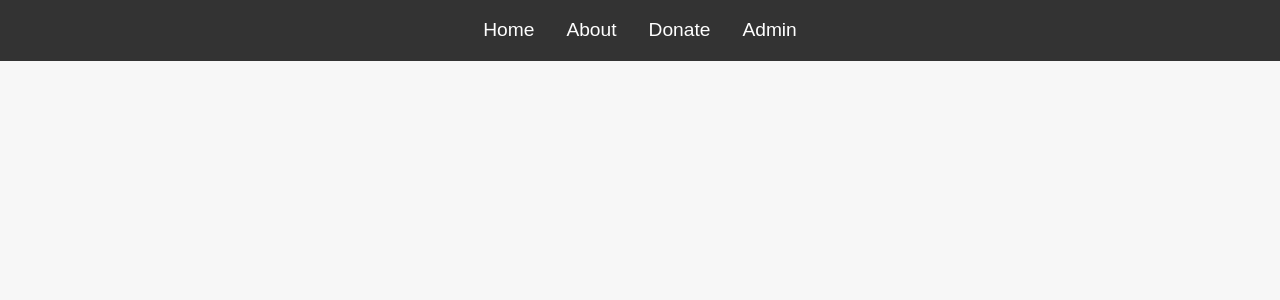
Repository: DragonFruit8/Fundraiser-Page
Page: /
These files come from the project's save history. The page is drawn as it stood at one moment and after a run of saves; the edit follows.
The browser window is 1280 px wide. The pictures show the whole page.
The project was rebuilt for these pictures with package versions that can differ from the ones it lists, and the page was loaded fresh each time. Also part of the build but not shown: src/pages/HomeContainer.js, src/pages/About.js, src/pages/Donate.js, src/pages/Admin.js.

Above is the page before, as saved 2024-07-19 13:00:00.

After the next 2 saves:
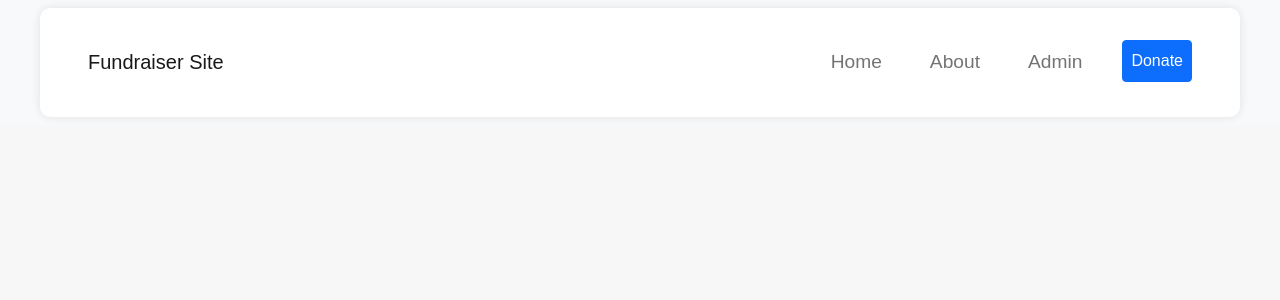
The 2 saves are shown as one change because they came seconds apart.
The last was saved 26 s later.
--- a/src/App.js
+++ b/src/App.js
@@ -5,17 +5,13 @@ import About from './pages/About';
 import Donate from './pages/Donate';
 import Admin from './pages/Admin';
 import GlobalStyle from './globalStyles';
+import Navbar from './components/Navbar';
 
 const App = () => {
   return (
     <Router>
       <GlobalStyle />
-      <nav>
-        <Link to="/">Home</Link>
-        <Link to="/about">About</Link>
-        <Link to="/donate">Donate</Link>
-        <Link to="/admin">Admin</Link>
-      </nav>
+      <Navbar />
       <Routes>
         <Route exact path="/" elements={<Home />} />
         <Route path="/about" elements={<About />} />
